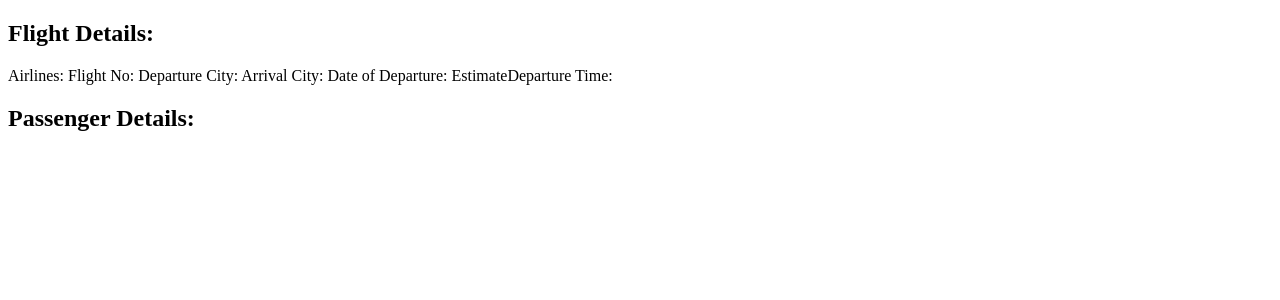
Repository: tanaya13693/EndToEndSpringJpa
Page: http://localhost/flightcheckin/WEB-INF/jsps/displayReservationDetails.jsp
An editor plug-in stored every save of this project. The page is shown before and after the next save, followed by the edit.
The browser window is 1280 px wide. The pictures show the whole page.
The page is served by Tomcat 9. Nobody is signed in. Other server files are loaded and not shown. The template is opened directly, without the code that normally fills it, so the values that code supplies are empty.

Above is the page before, as saved 2018-09-03 19:15:22.

### flightcheckin/src/main/webapp/WEB-INF/jsps/displayReservationDetails.jsp
<%@ page language="java" contentType="text/html; charset=ISO-8859-1"
    pageEncoding="ISO-8859-1"%>
<!DOCTYPE html PUBLIC "-//W3C//DTD HTML 4.01 Transitional//EN" "http://www.w3.org/TR/html4/loose.dtd">
<html>
<head>
<meta http-equiv="Content-Type" content="text/html; charset=ISO-8859-1">
<title>Reservation Details</title>
</head>
<body>
	<h2> Flight Details:</h2>

	Airlines: ${reservation.flight.operatingAirlines}
	Flight No: ${reservation.flight.flightNumber}
	Departure City: ${reservation.flight.departureCity}
	Arrival City: ${reservation.flight.arrivalCity}
	Date of Departure:  ${reservation.flight.dateOfDeparture}
	EstimateDeparture Time: ${reservation.flight.estimateDepartureTime}

	<h2> Passenger Details:</h2>


</body>
</html>

After the next save:
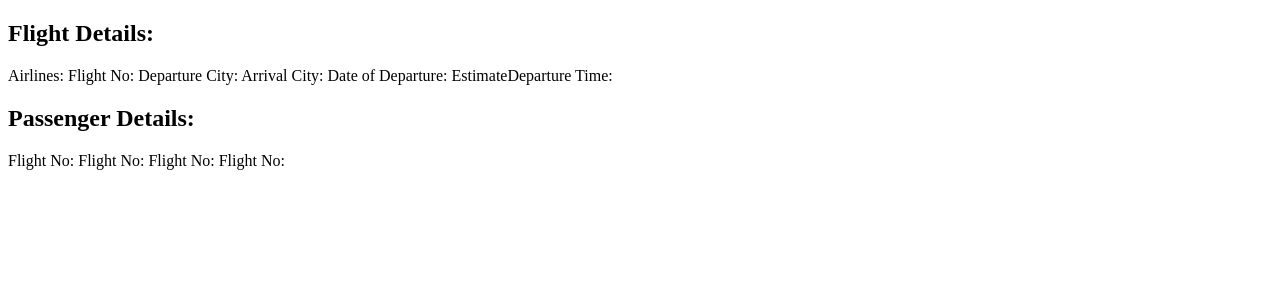
Saved 15 s later.
--- a/flightcheckin/src/main/webapp/WEB-INF/jsps/displayReservationDetails.jsp
+++ b/flightcheckin/src/main/webapp/WEB-INF/jsps/displayReservationDetails.jsp
@@ -17,7 +17,10 @@
 	EstimateDeparture Time: ${reservation.flight.estimateDepartureTime}
 
 	<h2> Passenger Details:</h2>
-
+	Flight No: ${reservation.flight.flightNumber}
+	Flight No: ${reservation.flight.flightNumber}
+	Flight No: ${reservation.flight.flightNumber}
+	Flight No: ${reservation.flight.flightNumber}
 
 </body>
 </html>
